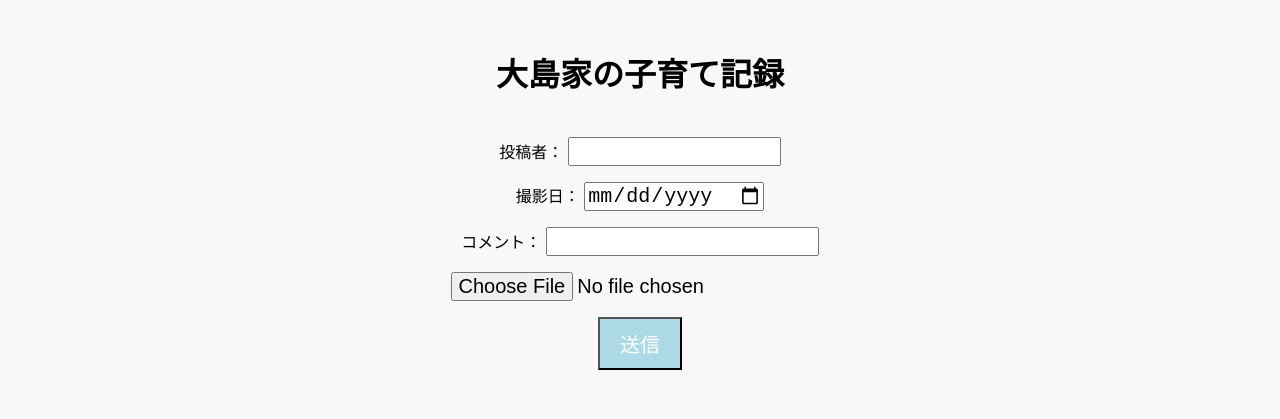
Repository: daidai0602/gs_kadai_questionnaire
Page: http://localhost/post.php
These files come from the project's save history. The page is drawn as it stood at one moment and after the next save; the edit follows.
The browser window is 1280 px wide. The pictures show the whole page.
The page is run by PHP 8.4 with error messages shown; the project is at /var/www/html/.

Above is the page before, as saved 2023-11-15 22:45:07.

### post.php
<!DOCTYPE html>
<html lang="ja">
<head>
  <meta charset="UTF-8">
  <title>Document</title>
  <style>
    body {
      font-family: Arial, Helvetica, sans-serif;
      background-color: #f8f8f8;;
      padding: 20px;
      text-align: center;
    }
    h1 {
      padding-bottom: 20px;
    }
    input{

      font-size: 20px;
    }
    input[type=submit]{
      background-color: lightblue;
      color: white;
      padding: 10px 20px;
    }

  </style>
</head>
<body>
  <h1>大島家の子育て記録</h1>
  <form action="write.php" method="post" enctype="multipart/form-data">
    <p>投稿者： <input type="text" name="name" size="15"></p>
    <p>撮影日： <input type="date" name="date"></p>
    <p>コメント： <input type="text" name="comment" size="20" ></p>
    <p><input type="file" name="upload_image"accept=".jpg,.jpeg,.png" required></p>
    <p><input type="submit" class="btn_submit" value="送信"></p>
  </form>
</body>
</html>

After the next save:
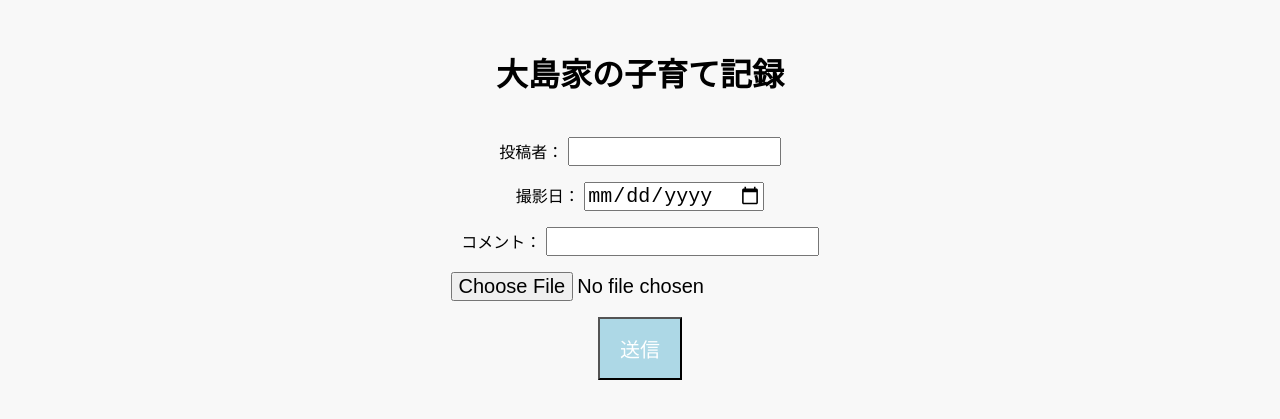
Saved 6 s later.
--- a/post.php
+++ b/post.php
@@ -20,7 +20,7 @@
     input[type=submit]{
       background-color: lightblue;
       color: white;
-      padding: 10px 20px;
+      padding: 15px 20px;
     }
 
   </style>

After the save that followed:
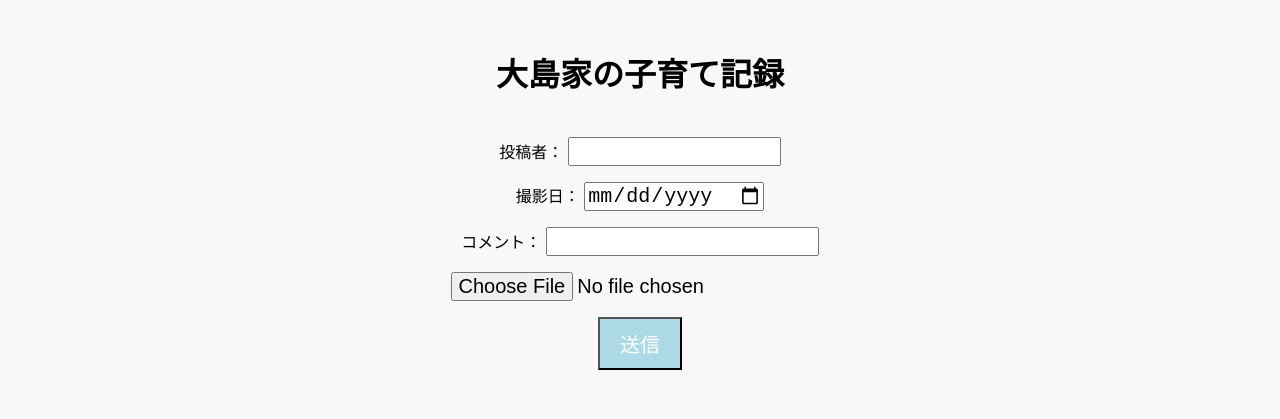
Saved 8 s later.
--- a/post.php
+++ b/post.php
@@ -20,7 +20,7 @@
     input[type=submit]{
       background-color: lightblue;
       color: white;
-      padding: 15px 20px;
+      padding: 10px 20px;
     }
 
   </style>
